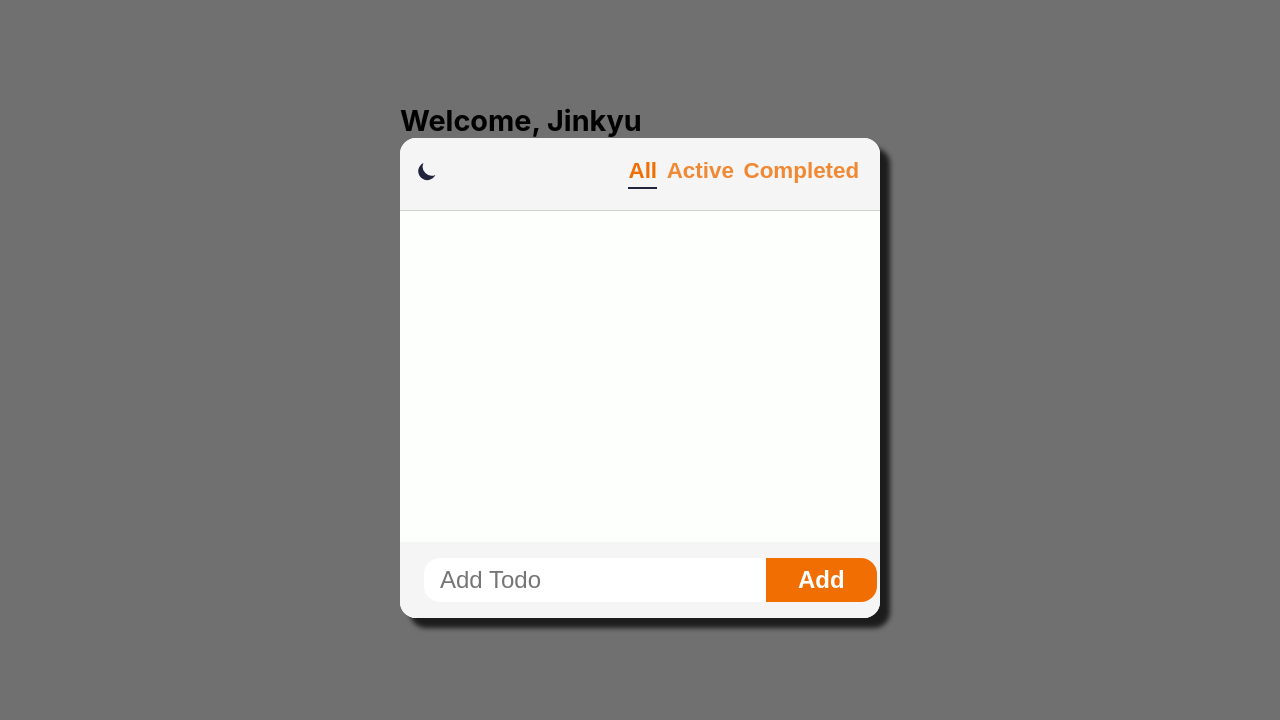
Repository: MrJinkyu/TodoList
Page: /
These files come from the project's save history. The page is drawn as it stood at one moment and after a run of saves; the edit follows.
The browser window is 1280 px wide. The pictures show the whole page.
The project was rebuilt for these pictures with package versions that can differ from the ones it lists, and the page was loaded fresh each time. Also part of the build but not shown: src/components/Todo.module.css, src/components/Todo.jsx, src/components/Greeting.module.css.

Above is the page before, as saved 2023-05-01 16:05:59.

### src/index.js
import React from 'react';
import ReactDOM from 'react-dom/client';
import './index.css';
import App from './App';
import reportWebVitals from './reportWebVitals';
import Greeting from './components/Greeting';

const root = ReactDOM.createRoot(document.getElementById('root'));
root.render(
  <React.StrictMode>
    <Greeting/>
    <App />
  </React.StrictMode>
);

// If you want to start measuring performance in your app, pass a function
// to log results (for example: reportWebVitals(console.log))
// or send to an analytics endpoint. Learn more: https://bit.ly/CRA-vitals
reportWebVitals();

### src/index.css
:root{
  --color-body: #6f706f;
  --color-bg-dark:#f5f5f5;
  --color-bg: #fdfffd;
  --color-grey: #d1d1d1;
  --color-text: #22243b;
  --color-accent: #f16e03;
  --color-white: white;
  --color-scrollbar: #aaa7a7;
}

html.dark{
  --color-bg-dark: #1a1c35;
  --color-bg: #22243b;
  --color-grey: #4e4e4e;
  --color-text: #fdfffd;
}

*{
  box-sizing: border-box;
  padding: 0;
  margin: 0;
}

button{
  border: none;
  outline: none;
  cursor: pointer;
  background-color: transparent;
}

ul,li{
  list-style: none;
}

body {
  margin: 0;
  font-family: -apple-system, BlinkMacSystemFont, 'Segoe UI', 'Roboto', 'Oxygen',
    'Ubuntu', 'Cantarell', 'Fira Sans', 'Droid Sans', 'Helvetica Neue',
    sans-serif;
  -webkit-font-smoothing: antialiased;
  -moz-osx-font-smoothing: grayscale;
  width: 100vw;
  height: 100vh;
  display: flex;
  justify-content: center;
  align-items: center;
  background-color: var(--color-body);
  font-size: 1.2rem;
  accent-color: var(--color-accent);
}

code {
  font-family: source-code-pro, Menlo, Monaco, Consolas, 'Courier New',
    monospace;
}

::-webkit-scrollbar {
  width: 0.5rem
}

::-webkit-scrollbar-track {
  background-color: var(--color-bg-dark);
}

::-webkit-scrollbar-thumb {
  background-color: var(--color-scrollbar);
}

::-webkit-scrollbar-thumb:hover {
  background-color: var(--color-accent);
}

### src/App.js
import { useState } from "react";
import TodoList from "./components/TodoList";
import Header from "./components/Header";
import { DarkModeProvider } from "./context/DarkModeContext";
import './App.css';

const filters = ['all', 'active', 'completed'];
function App() {
  const [filter, setFilter] = useState(filters[0]);
  return (
    <div className="app">
    <DarkModeProvider>
      <Header filters={filters} filter={filter} onFilterChange={setFilter}/>
      <TodoList filter={filter}/>
    </DarkModeProvider>
    </div>
  );
}

export default App;

### src/components/Greeting.jsx
import React from 'react';
import styles from './Greeting.module.css';

export default function Greeting() {
    return (
        <h2 className={styles.greeting}>
            Welcome, Jinkyu
        </h2>
    );
}

### src/components/TodoList.jsx
import React, { useEffect, useState } from 'react';
import AddTodo from './AddTodo';
import Todo from './Todo';
import styles from './TodoList.module.css';

export default function TodoList({filter}) {
    const [todos, setTodos] = useState(readTodo);
    const handleAdd = (todo) => {
        setTodos([...todos, todo]);
    }
    const handleUpdate = (updated) => {
        setTodos(todos.map((todo) => todo.id === updated.id ? updated : todo));
    }
    const handleDelete = (deleted) => {
        setTodos(todos.filter((todo) => todo.id !== deleted.id));
    }
    const filtered = getFilteredItems(todos, filter);

    useEffect(()=>{
        localStorage.setItem('todos',JSON.stringify(todos));
    },[todos]);
    return (
        <section className={styles.container}>
            <ul className={styles.list}>
                {filtered.map((item) => (
                    <Todo
                        key={item.id}
                        todo={item}
                        onUpdate={handleUpdate}
                        onDelete={handleDelete}
                    />
                ))}
            </ul>
            <AddTodo onAdd={handleAdd}/>
        </section>
    );
}

function getFilteredItems(todos, filter){
    if(filter === 'all'){
        return todos;
    }
    return todos.filter((todo) => todo.status === filter);
}

function readTodo(){
    const todos = localStorage.getItem('todos');
    return todos ? JSON.parse(todos) : [];
}

### src/components/Header.jsx
import React from 'react';
import styles from './Header.module.css';
import { useDarkMode } from '../context/DarkModeContext';
import { HiMoon, HiSun } from 'react-icons/hi';

export default function Header({filters, filter, onFilterChange}) {
    const {darkMode, toggleDarkMode} = useDarkMode();

    return (
        <header className={styles.header}>
            <button className={styles.toggle} onClick={toggleDarkMode}>
                {!darkMode && <HiMoon></HiMoon>}
                {darkMode && <HiSun></HiSun>}
            </button>
            <ul className={styles.filters}>
                {filters.map((value,index) => (
                    <li key={index}>
                        <button
                            onClick={() => onFilterChange(value)}
                            className={`${styles.filter} ${filter === value && styles.selected}`}
                        >
                            {value}
                        </button>
                    </li>
                ))}
            </ul>
        </header>
    );
}

### src/context/DarkModeContext.jsx
const { createContext, useState, useContext } = require("react");

const DarkModeContext = createContext();

export function DarkModeProvider({children}){
    const [darkMode, setDarkMode] = useState(false);
    const toggleDarkMode = () => {
        setDarkMode(!darkMode);
        updateDarkMode(!darkMode);
    }

    return (
        <DarkModeContext.Provider value={{darkMode, toggleDarkMode}}>
            {children}
        </DarkModeContext.Provider>
    )
}

export const useDarkMode = () => useContext(DarkModeContext);

function updateDarkMode(darkMode){
    if(darkMode){
        document.documentElement.classList.add('dark');
    }else{
        document.documentElement.classList.remove('dark');
    }
}

### src/App.css
.app{
    overflow: hidden;
    display: flex;
    flex-direction: column;
    width: 30rem;
    height: 30rem;
    background-color: var(--color-bg);
    border-radius: 1rem;
    box-shadow: 10px 10px 5px 0px rgba(0,0,0,0.75);
  -webkit-box-shadow: 10px 10px 5px 0px rgba(0,0,0,0.75);
  -moz-box-shadow: 10px 10px 5px 0px rgba(0,0,0,0.75);
  }

### src/components/AddTodo.jsx
import React, { useState } from 'react';
import {v4 as uuidv4} from 'uuid';
import styles from './AddTodo.module.css';

export default function AddTodo({onAdd}) {
    const [text, setText] = useState('');
    const handleChange = (e) => {
        setText(e.target.value);
    }
    const handleSubmit = (e) => {
        e.preventDefault();
        if(text.trim().length === 0){
            return ;
        }
        onAdd({ id: uuidv4(), text, status: 'active' });
        setText('');
    }
    return (
        <form className={styles.form} onSubmit={handleSubmit}>
            <input
                className={styles.input}
                type="text"
                value={text}
                onChange={handleChange}
                placeholder='Add Todo'
            />
            <button className={styles.button}>Add</button>
        </form>
    );
}

### src/components/TodoList.module.css
.container{
    height: 100%;
    display: flex;
    flex-direction: column;
    min-height: 0;
}

.list{
    flex: 1 1 auto;
    padding: 0.7rem 1rem;
    overflow-y: auto;
}

### src/components/Header.module.css
.header{
    background-color: var(--color-bg-dark);
    display: flex;
    justify-content: space-between;
    align-items: center;
    padding: 1rem;
    border-bottom: 1px solid var(--color-grey);
}

.toggle{
    font-size: 1.4rem;
    color: var(--color-text);
    transition: all 150ms ease-out;
}

.toggle:hover{
    color: var(--color-accent);
    transform: scale(1.1);
}

.filters{
    display: flex;
}

.filter{
    margin: 0.3rem;
    font-size: 1.4rem;
    color: var(--color-accent);
    font-weight: bold;
    opacity: 0.8;
    text-transform: capitalize;
}

.filter:hover,
.filter.selected{
    opacity: 1;
}

.filter.selected::after{
    content: '';
    display: block;
    margin-top: 0.2rem;
    border: 1px solid var(--color-text);
}

### src/components/AddTodo.module.css
.form{
    width: 100%;
    display: flex;
    padding: 1rem 1.5rem;
    background-color: var(--color-bg-dark);
}

.input{
    font-size: 1.5rem;
    border: none;
    outline: none;
    padding: 0.5rem 1rem;
    flex: 1 0 auto;
    border-top-left-radius: 1rem;
    border-bottom-left-radius: 1rem;
}

.button{
    padding: 0 2rem;
    font-size: 1.5rem;
    font-weight: bold;
    background-color: var(--color-accent);
    color: var(--color-white);
    border-top-right-radius: 1rem;
    border-bottom-right-radius: 1rem;
}

.button:hover{
    filter: brightness(125%);
}

Loaded but not shown: public/index.html (common file); src/reportWebVitals.js (common file)

After the next 2 saves:
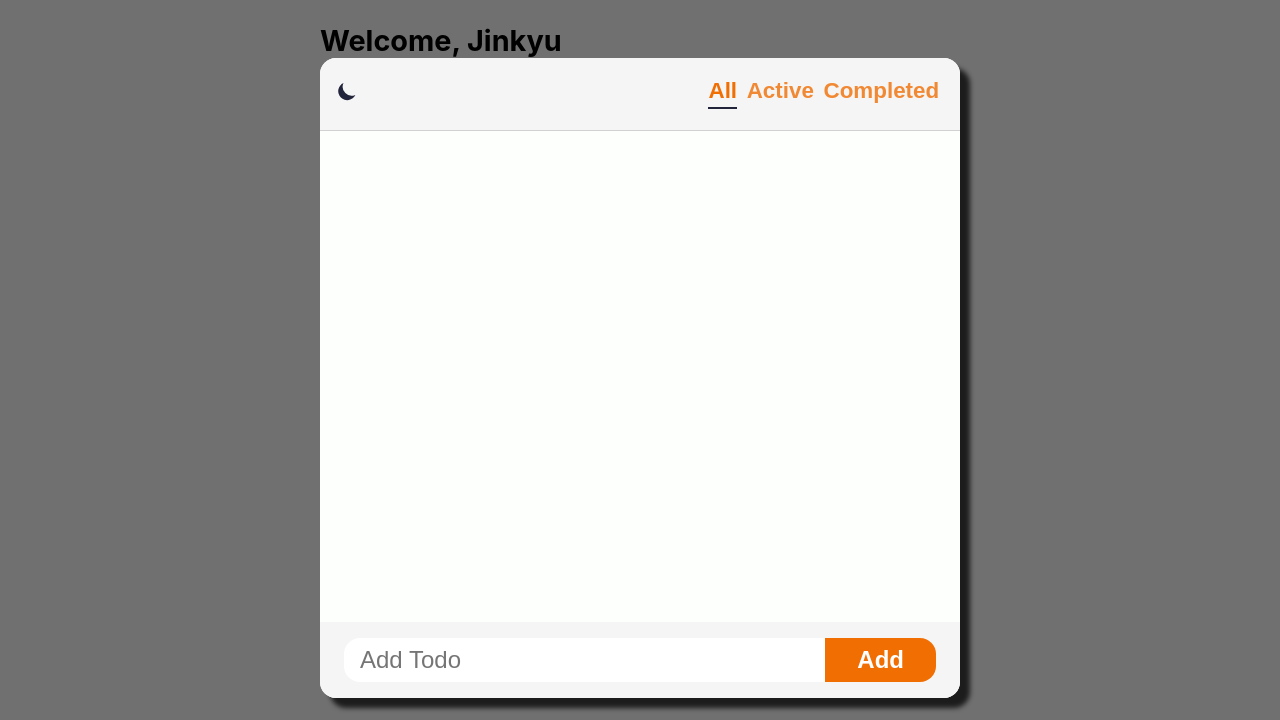
The 2 saves are shown as one change because they came seconds apart.
The last was saved 23 s later.
--- a/src/App.css
+++ b/src/App.css
@@ -2,8 +2,8 @@
     overflow: hidden;
     display: flex;
     flex-direction: column;
-    width: 30rem;
-    height: 30rem;
+    width: 40rem;
+    height: 40rem;
     background-color: var(--color-bg);
     border-radius: 1rem;
     box-shadow: 10px 10px 5px 0px rgba(0,0,0,0.75);
